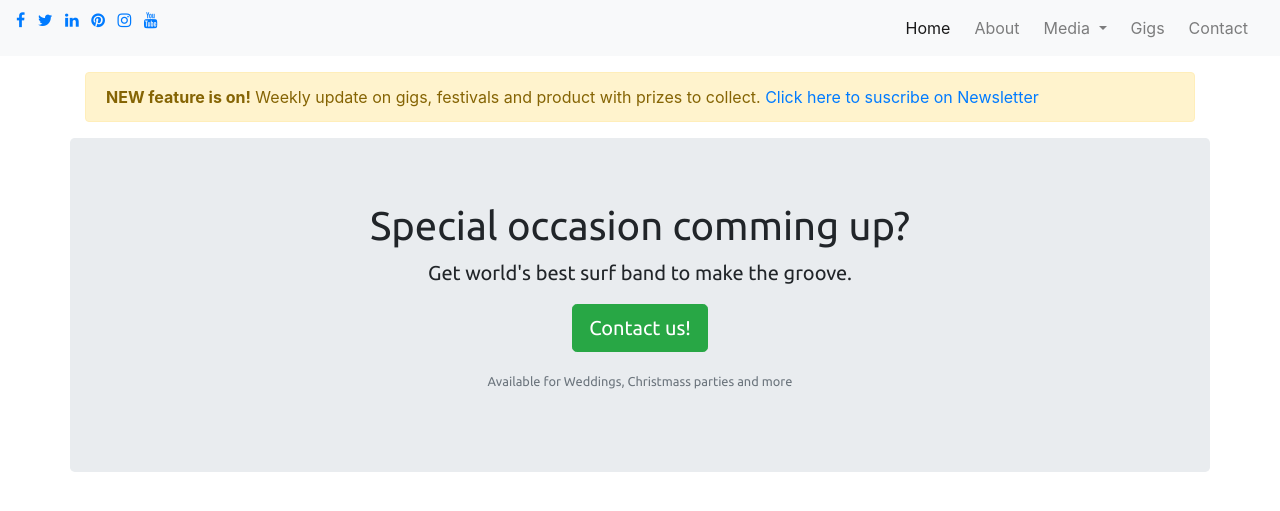
Repository: NamcorStudent/Stream_1_Project_HTML5-CSS3
Page: index.html
The author's editor kept a record of every edit. The page is drawn from the files as they stood at one moment, then again after the next edit.
The browser window is 1280 px wide. The pictures show the whole page.
Some web libraries are served in a nearby version.

Above is the page before.

### index.html
<!DOCTYPE html>
<html lang="en">

<head>
    <meta charset="UTF-8">
    <meta name="viewport" content="width=device-width, initial-scale=1.0">
    <meta http-equiv="X-UA-Compatible" content="ie=edge">
    <link rel="stylesheet" href="https://maxcdn.bootstrapcdn.com/bootstrap/4.2.1/css/bootstrap.min.css" type="text/css" />
    <link rel="stylesheet" href="https://maxcdn.bootstrapcdn.com/font-awesome/4.7.0/css/font-awesome.min.css" type="text/css" />
    <link rel="stylesheet" href="assets/css/style.css" type="text/css" />
    <title>The Bambi Molesters | Official</title>
</head>

<body>
    <header>
        <!--Nav-->
        <nav class="navbar navbar-light navbar-expand-sm bg-light">
            <div class="social-links mr-auto">
                <ul class="list-inline social-links">
                    <li class="list-inline-item">
                        <a target="_blank" href="#">
                            <i class="fa fa-facebook" aria-hidden="true"></i>
                            <span class="sr-only">Facebook</span>
                        </a>
                    </li>
                    <li class="list-inline-item">
                        <a target="_blank" href="#">
                            <i class="fa fa-twitter" aria-hidden="true"></i>
                            <span class="sr-only">Twitter</span>
                        </a>
                    </li>
                    <li class="list-inline-item">
                        <a target="_blank" href="#">
                            <i class="fa fa-linkedin" aria-hidden="true"></i>
                            <span class="sr-only">LinkedIn</span>
                        </a>
                    </li>
                    <li class="list-inline-item">
                        <a target="_blank" href="#">
                            <i class="fa fa-pinterest" aria-hidden="true"></i>
                            <span class="sr-only">Pinterest</span>
                        </a>
                    </li>
                    <li class="list-inline-item">
                        <a target="_blank" href="#">
                            <i class="fa fa-instagram" aria-hidden="true"></i>
                            <span class="sr-only">Instagram</span>
                        </a>
                    </li>
                    <li class="list-inline-item">
                        <a target="_blank" href="#">
                            <i class="fa fa-youtube" aria-hidden="true"></i>
                            <span class="sr-only">YouTube</span>
                        </a>
                    </li>
                </ul>
            </div>
            <button class="navbar-toggler" type="button" data-toggle="collapse" data-target="#navbarTogglerDropdown" aria-controls="navbarTogglerDemo02" aria-expanded="false" aria-label="Toggle navigation">
            <span class="navbar-toggler-icon"></span>
            </button>

            <div class="collapse navbar-collapse" id="navbarTogglerDropdown">
                <ul class="navbar-nav ml-auto">
                    <li class="active nav-item mr-2"><a class="nav-link" href="/">Home</a></li>
                    <li class="nav-item mr-2"><a class="nav-link" href="">About</a></li>
                    <li class="nav-item dropdown mr-2">
                    <a class="nav-link dropdown-toggle" href="#" id="navbarDropdownMenuLink" role="button" data-toggle="dropdown" aria-haspopup="true" aria-expanded="false">
          Media
        </a>
                    <div class="dropdown-menu" aria-labelledby="navbarDropdownMenuLink">
                        <a class="dropdown-item" href="#">Video</a>
                        <a class="dropdown-item" href="#">Music</a>
                        <a class="dropdown-item" href="#">Gallery</a>
                    </div>
                </li>
                    <li class="nav-item mr-2"><a class="nav-link" href="">Gigs</a></li>
                    <li class="nav-item mr-2"><a class="nav-link" href="">Contact</a></li>
                    <li class="nav-item mr-2 d-block d-sm-none"><a class="nav-link" href="#" data-toggle="modal" data-target="#signUpModal">Suscribe!!!</a></li>
                </ul>
            </div>
        </nav>

    </header>
    <section class="container mt-3">
        <div class="row d-none d-sm-block">
            <div class="col-12">
                <div class="alert alert-warning">
                    <strong>NEW feature is on!</strong> Weekly update on gigs, festivals and product with prizes to collect. <a href="#" data-toggle="modal" data-target="#signUpModal">Click here to suscribe on Newsletter</a>
                </div>
            </div>
        </div>
        <!-- Callout -->
        <div class="row">
            <section class=" col-12 callout jumbotron text-center">
                <h1>Special occasion comming up?</h1>
                <p class="lead">Get world's best surf band to make the groove.</p>
                <p><button class="btn btn-lg btn-success" data-toggle="modal" data-target="#signUpModal">Contact us!</button></p>
                <p class="text-muted"><small>Available for Weddings, Christmass parties and more</small></p>
            </section>
        </div>
        <!-- /.callout -->
    </section>

    <div class="modal" tabindex="-1" role="dialog" id="signUpModal">
        <div class="modal-dialog" role="document">
            <div class="modal-content">
                <div class="modal-header">
                    <h5 class="modal-title">Sign Up To Whiskey Drop!</h5>
                    <button type="button" class="close" data-dismiss="modal" aria-label="Close">
          <span aria-hidden="true">&times;</span>
        </button>
                </div>
                <div class="modal-body">
                    <form>
                        <div class="form-group">
                            <label for="exampleInputEmail1">Email address</label>
                            <input type="email" class="form-control" id="exampleInputEmail1" aria-describedby="emailHelp" placeholder="Enter email">
                            <small id="emailHelp" class="form-text text-muted">We'll never share your email with anyone else.</small>
                        </div>
                        <div class="form-group">
                            <label for="password">Password</label>
                            <input type="password" class="form-control" id="password" placeholder="Password">
                        </div>
                        <div class="form-group">
                            <label for="repeatPassword">Repeat Password</label>
                            <input type="password" class="form-control" id="repeatPassword" placeholder="Repeat Password">
                        </div>
                        <button type="submit" class="btn btn-success">Submit</button>
                    </form>
                </div>
            </div>
        </div>
    </div>

 <script src="https://code.jquery.com/jquery-3.3.1.slim.min.js" integrity="sha384-q8i/X+965DzO0rT7abK41JStQIAqVgRVzpbzo5smXKp4YfRvH+8abtTE1Pi6jizo" crossorigin="anonymous"></script>
    <script src="https://cdnjs.cloudflare.com/ajax/libs/popper.js/1.14.7/umd/popper.min.js" integrity="sha384-UO2eT0CpHqdSJQ6hJty5KVphtPhzWj9WO1clHTMGa3JDZwrnQq4sF86dIHNDz0W1" crossorigin="anonymous"></script>
    <script src="https://stackpath.bootstrapcdn.com/bootstrap/4.3.1/js/bootstrap.min.js" integrity="sha384-JjSmVgyd0p3pXB1rRibZUAYoIIy6OrQ6VrjIEaFf/nJGzIxFDsf4x0xIM+B07jRM" crossorigin="anonymous"></script>
</body>

</html>

### assets/css/style.css
@import url('https://fonts.googleapis.com/css?family=Oswald|Ubuntu&display=swap');

.jumbotron{
    font-family: "Ubuntu", sans-serif;
    font-weight: 900;
}

After the next edit:
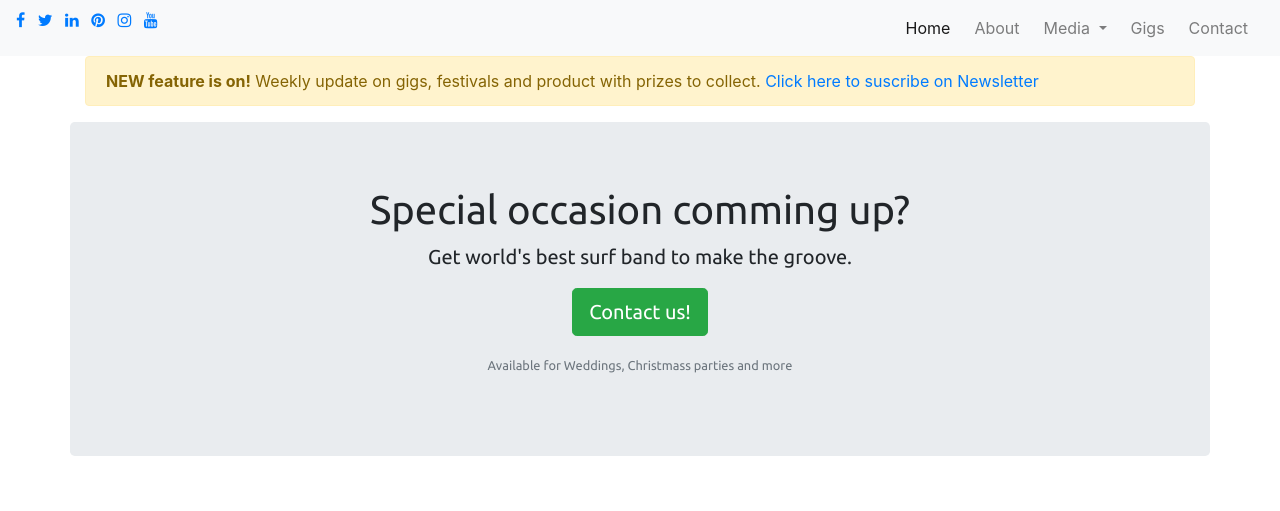
The edit:
--- a/index.html
+++ b/index.html
@@ -81,7 +81,7 @@
         </nav>
 
     </header>
-    <section class="container mt-3">
+    <div class="container alert-container">
         <div class="row d-none d-sm-block">
             <div class="col-12">
                 <div class="alert alert-warning">
